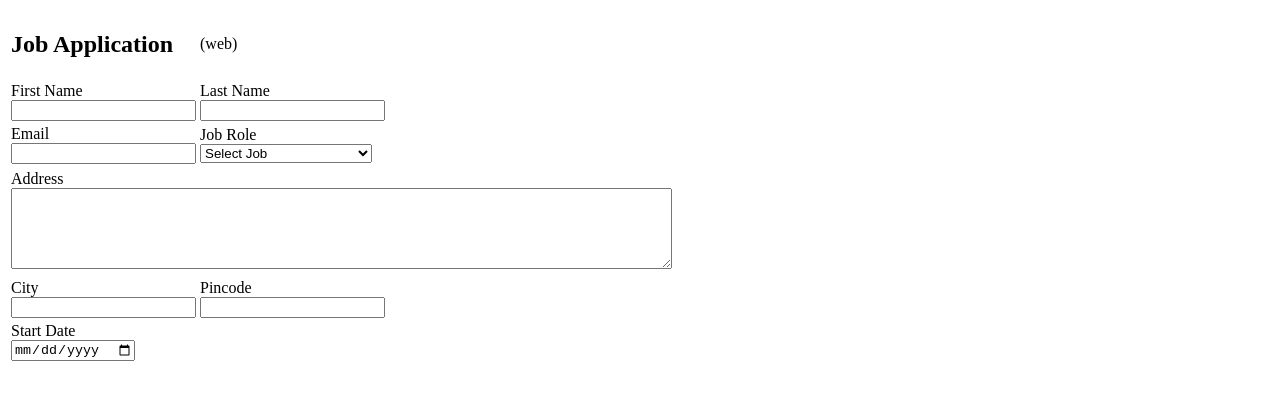
Repository: diensy/JOB-APPLICATION
Page: index.html
An editor plug-in stored every save of this project. The page is shown before and after the next save, followed by the edit.
The browser window is 1280 px wide. The pictures show the whole page.

Above is the page before, as saved 2024-02-27 00:46:48.

### index.html
<!DOCTYPE html>
<html lang="en">
  <head>
    <meta charset="UTF-8" />
    <meta name="viewport" content="width=device-width, initial-scale=1.0" />
    <title>Job Application</title>
  </head>
  <body>
    <form action="">
      <table>
        <tr>
          <td>
            <h2>Job Application</h2>
          </td>
          <td><p>(web)</p></td>
        </tr>
        <tr>
          <td>
            <label for="firstname" id="first">First Name</label>
            <br />
            <input type="text" id="first" />
          </td>
          <td>
            <label for="Lastname" id="last">Last Name</label>
            <br />
            <input type="text" id="last" />
          </td>
        </tr>
        <tr>
          <td>
            <label for="Email" id="Email">Email</label>
            <br />
            <input type="text" id="Email" />
          </td>
          <td>
            <label for="JobRole" id="Job">Job Role</label>
            <br />
            <select name="JobRole" id="Job">
              <option value="Select Job">Select Job</option>
              <option value="JAVA">JAVA DEVELOPER</option>
              <option value="WEB">WEB DEVELOPER</option>
              <option value="BACKEND">BACKEND DEVELOPER</option>
              <option value="MERN DEVELOPER">MERN DEVELOPER</option>
            </select>
          </td>
        </tr>
      </table>
      <table>
        <tr>
          <td>
            <label for="Address" id="address">Address</label>
            <br />
            <textarea name="Address" id="address" cols="80" rows="5"></textarea>
          </td>
        </tr>
      </table>
      <table>
        <tr>
          <td>
            <label for="city" id="city">City</label>
            <br />
            <input type="text" />
          </td>
          <td>
            <label for="pin" id="pin">Pincode</label>
            <br />
            <input type="text" id="pin" />
          </td>
        </tr>
        <tr>
          <td>
            <label for="date" id="date">Start Date</label>
            <br />
            <input type="date" id="date" />
          </td>
          <td>
            <label for="file" id></label>
          </td>
        </tr>
      </table>
    </form>
  </body>
</html>

After the next save:
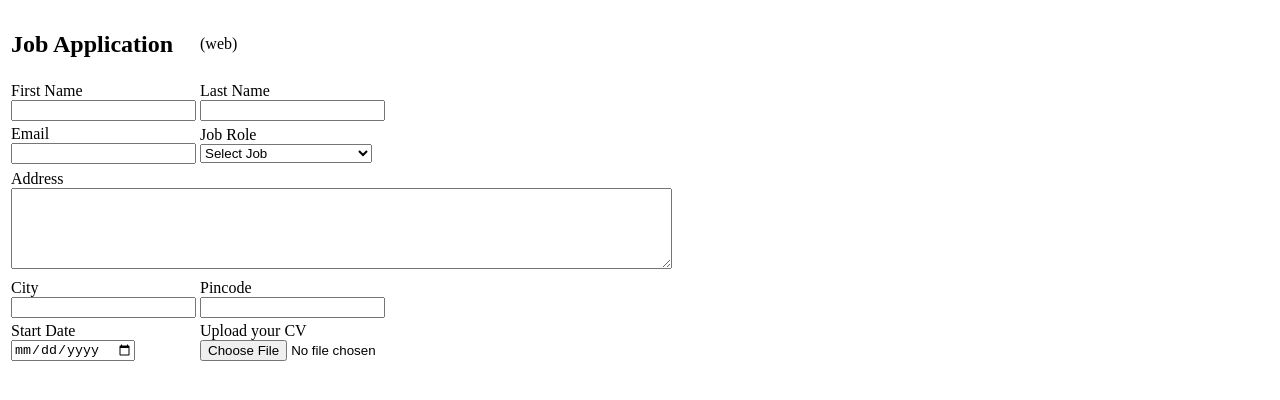
Saved 39 s later.
--- a/index.html
+++ b/index.html
@@ -74,7 +74,9 @@
             <input type="date" id="date" />
           </td>
           <td>
-            <label for="file" id></label>
+            <label for="file" id="file">Upload your CV</label>
+            <br />
+            <input type="file" />
           </td>
         </tr>
       </table>
